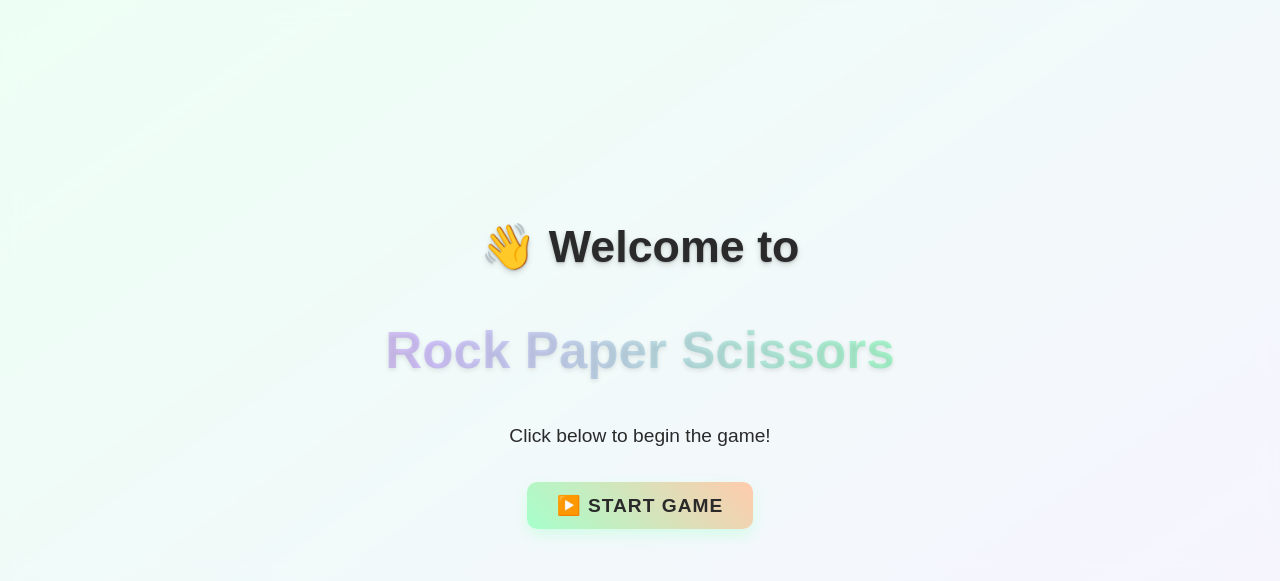
Repository: SECE-2023-2027/weekend-make-a-rock-paper-scissors-game-Harshi0916
Page: / (app in rock_paper_scissor/)
The author's editor kept a copy of each file at every save. The page is drawn from the files as they stood at one save, then again after a run of saves.
The browser window is 1280 px wide. The pictures show the whole page.
The project was rebuilt for these pictures with package versions that can differ from the ones it lists, and the page was loaded fresh each time. Also part of the build but not shown: rock_paper_scissor/vite.config.js.

Above is the page before, as saved 2025-07-06 17:09:31.

### rock_paper_scissor/index.html
<!doctype html>
<html lang="en">
  <head>
    <meta charset="UTF-8" />
    <link rel="icon" type="image/svg+xml" href="/vite.svg" />
    <meta name="viewport" content="width=device-width, initial-scale=1.0" />
    <title>Rock Paper Scissor</title>
  </head>
  <body>
    <div id="root"></div>
    <script type="module" src="/src/main.jsx"></script>
  </body>
</html>

### rock_paper_scissor/src/App.jsx
import React, { useState } from "react";
import "./App.css";

const App = () => {
  const choices = ["rock", "paper", "scissors"];
  const icons = {
    rock: "✊🏻",
    paper: "🤚🏻",
    scissors: "✌🏻",
  };

  const [started, setStarted] = useState(false);
  const [result, setResult] = useState("");
  const [showResult, setShowResult] = useState(false);
  const [userChoice, setUserChoice] = useState("");
  const [computerChoice, setComputerChoice] = useState("");
  const [score, setScore] = useState({ win: 0, lose: 0, draw: 0 });

  const playGame = (user) => {
    const computer = choices[Math.floor(Math.random() * 3)];
    const outcome = getWinner(user, computer);

    setUserChoice(user);
    setComputerChoice(computer);
    setResult(outcome);
    setShowResult(true);

    setScore((prevScore) => {
      if (outcome === "You Win!") return { ...prevScore, win: prevScore.win + 1 };
      if (outcome === "You Lose!") return { ...prevScore, lose: prevScore.lose + 1 };
      return { ...prevScore, draw: prevScore.draw + 1 };
    });
  };

  const getWinner = (user, computer) => {
    if (user === computer) return "It's a Draw!";
    if (
      (user === "rock" && computer === "scissors") ||
      (user === "scissors" && computer === "paper") ||
      (user === "paper" && computer === "rock")
    )
      return "You Win!";
    return "You Lose!";
  };

  const resetGame = () => {
    setShowResult(false);
    setResult("");
    setUserChoice("");
    setComputerChoice("");
  };

  const handleStart = () => setStarted(true);

  return (
    <div className="game-wrapper">
      {/* 🎨 Background SVG */}
      <svg className="background-shape" viewBox="0 0 800 800" xmlns="http://www.w3.org/2000/svg">
        <defs>
          <linearGradient id="grad1" x1="0%" y1="0%" x2="100%" y2="100%">
            <stop offset="0%" stopColor="#ff9a9e" />
            <stop offset="100%" stopColor="#fad0c4" />
          </linearGradient>
          <linearGradient id="grad2" x1="0%" y1="0%" x2="100%" y2="100%">
            <stop offset="0%" stopColor="#a1c4fd" />
            <stop offset="100%" stopColor="#c2e9fb" />
          </linearGradient>
          <linearGradient id="grad3" x1="0%" y1="0%" x2="100%" y2="100%">
            <stop offset="0%" stopColor="#fccb90" />
            <stop offset="100%" stopColor="#d57eeb" />
          </linearGradient>
        </defs>

        {/* Blob */}
        <path fill="url(#grad1)" opacity="0.35"
          d="M408,15Q470,80,540,140Q610,200,608,292Q606,384,555,457Q504,530,408,569Q312,608,240,540Q168,472,107,392Q46,312,76,225Q106,138,185,94Q264,50,336,32Q408,15,408,15Z">
          <animateTransform attributeName="transform" type="rotate" from="0 400 400" to="360 400 400" dur="60s" repeatCount="indefinite" />
        </path>

        {/* Circle shape */}
        <circle cx="700" cy="100" r="120" fill="url(#grad2)" opacity="0.2">
          <animate attributeName="r" values="120;140;120" dur="8s" repeatCount="indefinite" />
        </circle>

        {/* Bottom abstract path */}
        <path fill="url(#grad3)" opacity="0.25"
          d="M200,600 Q150,520 280,500 Q420,480 390,620 Q360,740 240,720 Q180,690 200,600 Z">
          <animateTransform attributeName="transform" type="rotate" from="0 300 600" to="360 300 600" dur="100s" repeatCount="indefinite" />
        </path>
      </svg>

      {!started ? (
        <div className="start-screen">
          <h1>👋 Welcome to</h1>
          <h2>Rock Paper Scissors</h2>
          <p>Click below to begin the game!</p>
          <button className="start-btn" onClick={handleStart}>
            ▶️ Start Game
          </button>
        </div>
      ) : (
        <div className="container">
          <h1 className="title">Rock Paper Scissors</h1>

          <div className="scoreboard">
            <span>🏆 Wins: {score.win}</span>
            <span>💥 Losses: {score.lose}</span>
            <span>⚖️ Draws: {score.draw}</span>
          </div>

          {!showResult ? (
            <>
              <p className="subtitle">Choose your hand:</p>
              <div className="choices">
                {choices.map((choice) => (
                  <button key={choice} onClick={() => playGame(choice)} className="choice-btn">
                    {icons[choice]}
                  </button>
                ))}
              </div>
            </>
          ) : (
            <div className="result-section">
              <h2 className="result-text">
                {result === "You Win!" ? "🎉" : result === "You Lose!" ? "😢" : "🤝"} {result}
              </h2>

              <div className="hands-display">
                <div className="player">
                  <h3>You</h3>
                  <div className="hand-icon bounce">{icons[userChoice]}</div>
                  <p>{userChoice.toUpperCase()}</p>
                </div>
                <div className="player">
                  <h3>Computer</h3>
                  <div className="hand-icon bounce">{icons[computerChoice]}</div>
                  <p>{computerChoice.toUpperCase()}</p>
                </div>
              </div>

              <button className="play-again" onClick={resetGame}>
                🔁 Play Again
              </button>
            </div>
          )}
        </div>
      )}
    </div>
  );
};

export default App;

### rock_paper_scissor/src/App.css
/* Base Setup */
html, body, #root {
  margin: 0;
  padding: 0;
  height: 100%;
  width: 100%;
  font-family: 'Poppins', sans-serif;
  overflow: hidden;
  background: linear-gradient(145deg, #a6ffcb, #d4c6ff);
}

/* Background */
.game-wrapper {
  position: relative;
  width: 100vw;
  height: 100vh;
  overflow: hidden;
}

.background-shape {
  position: absolute;
  inset: 0;
  z-index: -1;
  background: radial-gradient(circle at 25% 25%, rgba(255, 203, 172, 0.3), transparent 60%);
  animation: pulse 12s infinite ease-in-out;
}

/* Start Screen */
.start-screen {
  position: absolute;
  inset: 0;
  z-index: 5;
  background: rgba(255, 255, 255, 0.8);
  backdrop-filter: blur(10px);
  display: flex;
  flex-direction: column;
  justify-content: center;
  align-items: center;
  text-align: center;
  animation: fadeIn 0.7s ease-in;
}

.start-screen h1 {
  font-size: 2.8rem;
  font-weight: 800;
  color: #2a2a2a;
  text-shadow: 0 3px 6px rgba(0, 0, 0, 0.15), 0 1px 2px rgba(0, 0, 0, 0.2);
  transition: transform 0.3s ease;
}

.start-screen h1:hover {
  transform: scale(1.05);
}

.start-screen h2 {
  font-size: 3.2rem;
  font-weight: 900;
  background: linear-gradient(90deg, #a6ffcb, #ffcbac, #d4c6ff, #a6ffcb);
  background-size: 300%;
  -webkit-background-clip: text;
  -webkit-text-fill-color: transparent;
  margin: 12px 0;
  animation: gradientShift 4s ease infinite;
  text-shadow: 0 2px 5px rgba(0, 0, 0, 0.1);
}

.start-screen p {
  font-size: 1.2rem;
  font-weight: 500;
  color: #2a2a2a;
  margin-bottom: 30px;
  max-width: 500px;
  line-height: 1.6;
  transition: transform 0.3s ease;
}

.start-screen p:hover {
  transform: scale(1.02);
}

.start-btn {
  font-size: 1.2rem;
  font-weight: 600;
  padding: 12px 30px;
  background: linear-gradient(45deg, #a6ffcb, #ffcbac);
  color: #2a2a2a;
  border: none;
  border-radius: 10px;
  cursor: pointer;
  box-shadow: 0 6px 15px rgba(166, 255, 203, 0.4);
  transition: all 0.3s ease;
  text-transform: uppercase;
  letter-spacing: 1px;
}

.start-btn:hover {
  background: linear-gradient(45deg, #8ce8b3, #e8b498);
  transform: translateY(-2px) scale(1.05);
  box-shadow: 0 8px 20px rgba(166, 255, 203, 0.5);
}

/* Main Container */
.container {
  height: 100vh;
  width: 100vw;
  display: flex;
  flex-direction: column;
  align-items: center;
  justify-content: center;
  text-align: center;
  padding: 15px;
  box-sizing: border-box;
  z-index: 2;
}

.title {
  font-size: 3rem;
  font-weight: 800;
  background: linear-gradient(45deg, #a6ffcb, #ffcbac, #d4c6ff);
  background-size: 300%;
  -webkit-background-clip: text;
  -webkit-text-fill-color: transparent;
  margin-bottom: 12px;
  animation: gradientShift 4s ease infinite;
  text-shadow: 0 2px 5px rgba(0, 0, 0, 0.1);
}

.subtitle {
  font-size: 1.4rem;
  font-weight: 600;
  color: #2a2a2a;
  margin-bottom: 20px;
  text-shadow: 0 1px 3px rgba(0, 0, 0, 0.1);
  transition: transform 0.3s ease;
}

.subtitle:hover {
  transform: scale(1.03);
}

.scoreboard {
  display: flex;
  gap: 15px;
  margin: 10px 0 25px;
  font-size: 1.2rem;
  font-weight: 700;
  color: #2a2a2a;
  background: rgba(255, 255, 255, 0.25);
  padding: 8px 15px;
  border-radius: 8px;
  text-shadow: 0 1px 2px rgba(0, 0, 0, 0.1);
}

/* Choices */
.choices {
  display: flex;
  gap: 25px;
  flex-wrap: wrap;
  justify-content: center;
  margin-top: 15px;
}

.choice-btn {
  font-size: 3.5rem;
  font-weight: 600;
  background: #ffffff;
  border: 2px solid #a6ffcb;
  border-radius: 15px;
  padding: 15px 25px;
  cursor: pointer;
  transition: all 0.3s ease;
  box-shadow: 0 5px 15px rgba(166, 255, 203, 0.3);
}

.choice-btn:hover {
  background: #f5fffa;
  transform: scale(1.1) rotate(-2deg);
  box-shadow: 0 8px 20px rgba(166, 255, 203, 0.4);
}

/* Result Section */
.result-section {
  background: rgba(255, 255, 255, 0.3);
  border-radius: 15px;
  box-shadow: 0 6px 20px rgba(0, 0, 0, 0.1);
  backdrop-filter: blur(10px);
  padding: 30px;
  animation: fadeIn 0.6s ease-in;
  margin-top: 15px;
  max-width: 550px;
}

.result-text {
  font-size: 2.4rem;
  font-weight: 700;
  background: linear-gradient(45deg, #a6ffcb, #ffcbac);
  -webkit-background-clip: text;
  -webkit-text-fill-color: transparent;
  margin-bottom: 25px;
  text-shadow: 0 2px 4px rgba(0, 0, 0, 0.1);
  transition: transform 0.3s ease;
}

.result-text:hover {
  transform: scale(1.03);
}

.hands-display {
  display: flex;
  justify-content: center;
  gap: 30px;
  margin-bottom: 25px;
  flex-wrap: wrap;
}

.player {
  display: flex;
  flex-direction: column;
  align-items: center;
}

.hand-icon {
  font-size: 5rem;
  margin: 10px 0;
  transition: transform 0.3s ease;
}

.bounce {
  animation: bounce 0.5s ease-in-out;
}

.play-again {
  font-size: 1.2rem;
  font-weight: 600;
  background: linear-gradient(45deg, #768c7f, #ffcbac);
  color: #2a2a2a;
  border: none;
  border-radius: 8px;
  padding: 10px 20px;
  cursor: pointer;
  box-shadow: 0 5px 15px rgba(166, 255, 203, 0.3);
  transition: all 0.3s ease;
  text-transform: uppercase;
  letter-spacing: 1px;
}

.play-again:hover {
  background: linear-gradient(45deg, #8ce8b3, #e8b498);
  transform: translateY(-2px) scale(1.05);
}

/* Animations */
@keyframes fadeIn {
  from { opacity: 0; transform: scale(0.95); }
  to { opacity: 1; transform: scale(1); }
}

@keyframes bounce {
  0%, 100% { transform: translateY(0); }
  50% { transform: translateY(-15px); }
}

@keyframes pulse {
  0%, 100% { opacity: 0.5; }
  50% { opacity: 0.7; }
}

@keyframes gradientShift {
  0% { background-position: 0% 50%; }
  50% { background-position: 100% 50%; }
  100% { background-position: 0% 50%; }
}

/* Responsive Design */
@media (max-width: 768px) {
  .start-screen h1 { font-size: 2.2rem; }
  .start-screen h2 { font-size: 2.4rem; }
  .start-screen p { font-size: 1rem; }
  .start-btn { padding: 8px 20px; font-size: 1rem; }
  .title { font-size: 2.4rem; }
  .subtitle { font-size: 1.2rem; }
  .scoreboard { font-size: 1rem; gap: 10px; }
  .choice-btn { font-size: 3rem; padding: 12px 20px; }
  .result-section { padding: 20px; }
  .result-text { font-size: 2rem; }
  .hand-icon { font-size: 4rem; }
}

@media (max-width: 480px) {
  .start-screen h1 { font-size: 1.8rem; }
  .start-screen h2 { font-size: 2rem; }
  .start-screen p { font-size: 0.9rem; }
  .start-btn { padding: 6px 15px; font-size: 0.9rem; }
  .title { font-size: 2rem; }
  .subtitle { font-size: 1rem; }
  .scoreboard { font-size: 0.9rem; flex-direction: column; gap: 8px; }
  .choice-btn { font-size: 2.5rem; padding: 10px 15px; }
  .result-section { padding: 15px; }
  .result-text { font-size: 1.6rem; }
  .hand-icon { font-size: 3.5rem; }
}

Loaded but not shown: rock_paper_scissor/src/main.jsx (common file); rock_paper_scissor/src/index.css (common file)

After the next 3 saves:
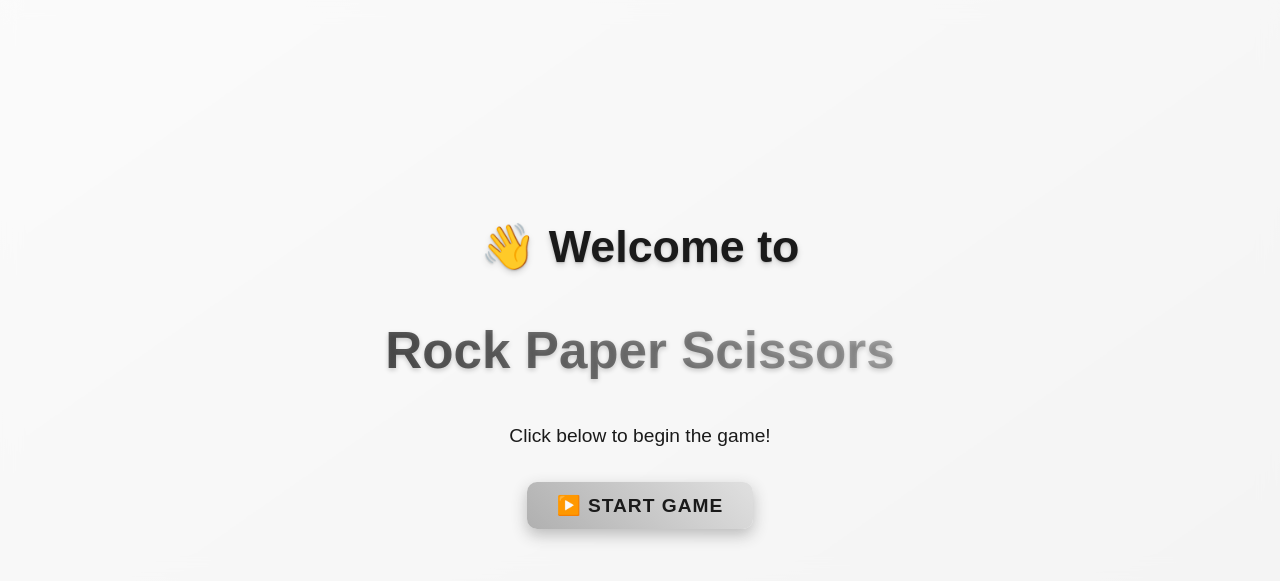
The 3 saves are shown as one change because they came seconds apart.
The last was saved 52 s later.
--- a/rock_paper_scissor/src/App.css
+++ b/rock_paper_scissor/src/App.css
@@ -6,7 +6,7 @@ html, body, #root {
   width: 100%;
   font-family: 'Poppins', sans-serif;
   overflow: hidden;
-  background: linear-gradient(145deg, #a6ffcb, #d4c6ff);
+  background: linear-gradient(145deg, #e0e0e0, #b0b0b0);
 }
 
 /* Background */
@@ -21,7 +21,7 @@ html, body, #root {
   position: absolute;
   inset: 0;
   z-index: -1;
-  background: radial-gradient(circle at 25% 25%, rgba(255, 203, 172, 0.3), transparent 60%);
+  background: radial-gradient(circle at 25% 25%, rgba(51, 51, 51, 0.2), transparent 60%);
   animation: pulse 12s infinite ease-in-out;
 }
 
@@ -30,7 +30,7 @@ html, body, #root {
   position: absolute;
   inset: 0;
   z-index: 5;
-  background: rgba(255, 255, 255, 0.8);
+  background: rgba(255, 255, 255, 0.85);
   backdrop-filter: blur(10px);
   display: flex;
   flex-direction: column;
@@ -43,7 +43,7 @@ html, body, #root {
 .start-screen h1 {
   font-size: 2.8rem;
   font-weight: 800;
-  color: #2a2a2a;
+  color: #1a1a1a;
   text-shadow: 0 3px 6px rgba(0, 0, 0, 0.15), 0 1px 2px rgba(0, 0, 0, 0.2);
   transition: transform 0.3s ease;
 }
@@ -55,19 +55,19 @@ html, body, #root {
 .start-screen h2 {
   font-size: 3.2rem;
   font-weight: 900;
-  background: linear-gradient(90deg, #a6ffcb, #ffcbac, #d4c6ff, #a6ffcb);
+  background: linear-gradient(90deg, #b0b0b0, #333333, #b0b0b0);
   background-size: 300%;
   -webkit-background-clip: text;
   -webkit-text-fill-color: transparent;
   margin: 12px 0;
   animation: gradientShift 4s ease infinite;
-  text-shadow: 0 2px 5px rgba(0, 0, 0, 0.1);
+  text-shadow: 0 2px 5px rgba(0, 0, 0, 0.2);
 }
 
 .start-screen p {
   font-size: 1.2rem;
   font-weight: 500;
-  color: #2a2a2a;
+  color: #1a1a1a;
   margin-bottom: 30px;
   max-width: 500px;
   line-height: 1.6;
@@ -82,21 +82,21 @@ html, body, #root {
   font-size: 1.2rem;
   font-weight: 600;
   padding: 12px 30px;
-  background: linear-gradient(45deg, #a6ffcb, #ffcbac);
-  color: #2a2a2a;
+  background: linear-gradient(45deg, #b0b0b0, #e0e0e0);
+  color: #1a1a1a;
   border: none;
   border-radius: 10px;
   cursor: pointer;
-  box-shadow: 0 6px 15px rgba(166, 255, 203, 0.4);
+  box-shadow: 0 6px 15px rgba(51, 51, 51, 0.3);
   transition: all 0.3s ease;
   text-transform: uppercase;
   letter-spacing: 1px;
 }
 
 .start-btn:hover {
-  background: linear-gradient(45deg, #8ce8b3, #e8b498);
+  background: linear-gradient(45deg, #9a9a9a, #cacaca);
   transform: translateY(-2px) scale(1.05);
-  box-shadow: 0 8px 20px rgba(166, 255, 203, 0.5);
+  box-shadow: 0 8px 20px rgba(51, 51, 51, 0.4), 0 0 10px rgba(176, 176, 176, 0.3);
 }
 
 /* Main Container */
@@ -116,21 +116,21 @@ html, body, #root {
 .title {
   font-size: 3rem;
   font-weight: 800;
-  background: linear-gradient(45deg, #a6ffcb, #ffcbac, #d4c6ff);
+  background: linear-gradient(45deg, #b0b0b0, #333333, #e0e0e0);
   background-size: 300%;
   -webkit-background-clip: text;
   -webkit-text-fill-color: transparent;
   margin-bottom: 12px;
   animation: gradientShift 4s ease infinite;
-  text-shadow: 0 2px 5px rgba(0, 0, 0, 0.1);
+  text-shadow: 0 2px 5px rgba(0, 0, 0, 0.2);
 }
 
 .subtitle {
   font-size: 1.4rem;
   font-weight: 600;
-  color: #2a2a2a;
+  color: #1a1a1a;
   margin-bottom: 20px;
-  text-shadow: 0 1px 3px rgba(0, 0, 0, 0.1);
+  text-shadow: 0 1px 3px rgba(0, 0, 0, 0.2);
   transition: transform 0.3s ease;
 }
 
@@ -144,11 +144,11 @@ html, body, #root {
   margin: 10px 0 25px;
   font-size: 1.2rem;
   font-weight: 700;
-  color: #2a2a2a;
+  color: #1a1a1a;
   background: rgba(255, 255, 255, 0.25);
   padding: 8px 15px;
   border-radius: 8px;
-  text-shadow: 0 1px 2px rgba(0, 0, 0, 0.1);
+  text-shadow: 0 1px 2px rgba(0, 0, 0, 0.2);
 }
 
 /* Choices */
@@ -164,25 +164,25 @@ html, body, #root {
   font-size: 3.5rem;
   font-weight: 600;
   background: #ffffff;
-  border: 2px solid #a6ffcb;
+  border: 2px solid #b0b0b0;
   border-radius: 15px;
   padding: 15px 25px;
   cursor: pointer;
   transition: all 0.3s ease;
-  box-shadow: 0 5px 15px rgba(166, 255, 203, 0.3);
+  box-shadow: 0 5px 15px rgba(51, 51, 51, 0.3);
 }
 
 .choice-btn:hover {
-  background: #f5fffa;
+  background: #f5f5f5;
   transform: scale(1.1) rotate(-2deg);
-  box-shadow: 0 8px 20px rgba(166, 255, 203, 0.4);
+  box-shadow: 0 8px 20px rgba(51, 51, 51, 0.4), 0 0 10px rgba(176, 176, 176, 0.3);
 }
 
 /* Result Section */
 .result-section {
   background: rgba(255, 255, 255, 0.3);
   border-radius: 15px;
-  box-shadow: 0 6px 20px rgba(0, 0, 0, 0.1);
+  box-shadow: 0 6px 20px rgba(0, 0, 0, 0.15);
   backdrop-filter: blur(10px);
   padding: 30px;
   animation: fadeIn 0.6s ease-in;
@@ -193,11 +193,11 @@ html, body, #root {
 .result-text {
   font-size: 2.4rem;
   font-weight: 700;
-  background: linear-gradient(45deg, #a6ffcb, #ffcbac);
+  background: linear-gradient(45deg, #b0b0b0, #333333);
   -webkit-background-clip: text;
   -webkit-text-fill-color: transparent;
   margin-bottom: 25px;
-  text-shadow: 0 2px 4px rgba(0, 0, 0, 0.1);
+  text-shadow: 0 2px 4px rgba(0, 0, 0, 0.2);
   transition: transform 0.3s ease;
 }
 
@@ -232,21 +232,22 @@ html, body, #root {
 .play-again {
   font-size: 1.2rem;
   font-weight: 600;
-  background: linear-gradient(45deg, #768c7f, #ffcbac);
-  color: #2a2a2a;
+  background: linear-gradient(45deg, #b0b0b0, #e0e0e0);
+  color: #1a1a1a;
   border: none;
   border-radius: 8px;
   padding: 10px 20px;
   cursor: pointer;
-  box-shadow: 0 5px 15px rgba(166, 255, 203, 0.3);
+  box-shadow: 0 5px 15px rgba(51, 51, 51, 0.3);
   transition: all 0.3s ease;
   text-transform: uppercase;
   letter-spacing: 1px;
 }
 
 .play-again:hover {
-  background: linear-gradient(45deg, #8ce8b3, #e8b498);
+  background: linear-gradient(45deg, #9a9a9a, #cacaca);
   transform: translateY(-2px) scale(1.05);
+  box-shadow: 0 8px 20px rgba(51, 51, 51, 0.4);
 }
 
 /* Animations */
